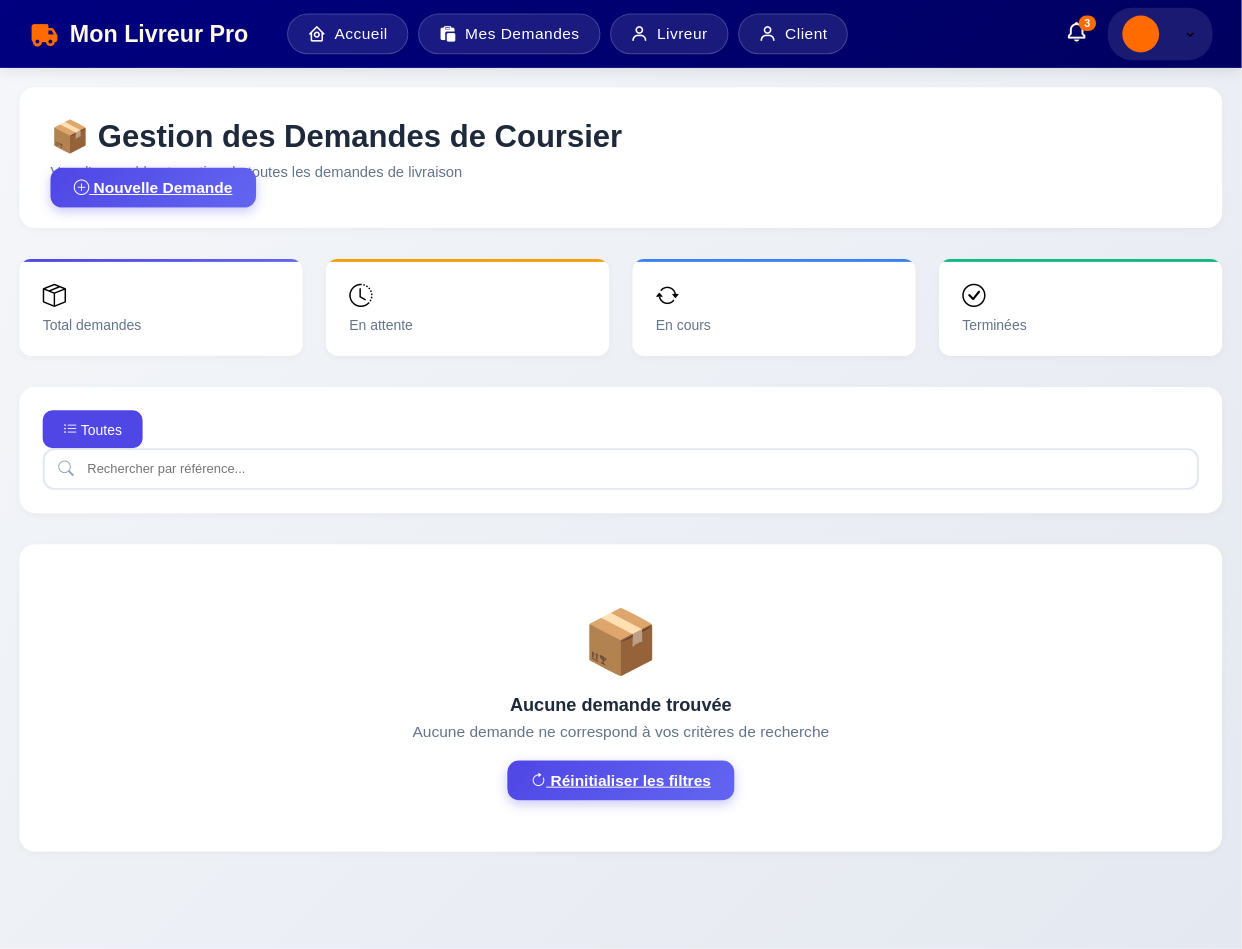
Repository: kaboreibrahim/LivreurPro
Page: Gestionnaire/templates/Gestionnaire/pages/liste_demandes.html
These files come from the project's save history. The page is drawn as it stood at one moment and after the next save; the edit follows.
The browser window is 1280 px wide. The pictures show the whole page, at 97% of full size.
The template is drawn by Django 5.2. The application's start-up code is not run. Other server files are loaded and not shown. The template is opened directly, without the code that normally fills it, so the values that code supplies are empty.

Above is the page before, as saved 2025-12-01 00:01:25.

### Gestionnaire/templates/Gestionnaire/pages/liste_demandes.html
{% extends 'base_gestionnaire.html' %}
{% load static %}

{% block title %}Liste des Demandes de Coursier{% endblock %}

{% block extra_css %}
<link rel="stylesheet" href="https://cdn.jsdelivr.net/npm/bootstrap-icons@1.11.0/font/bootstrap-icons.css">

<style>
    :root {
        --primary-color: #4f46e5;
        --secondary-color: #6366f1;
        --success-color: #10b981;
        --warning-color: #f59e0b;
        --danger-color: #ef4444;
        --info-color: #3b82f6;
    }

    body {
        background: linear-gradient(135deg, #f5f7fa 0%, #e4e8f0 100%);
        min-height: 100vh;
        font-family: 'Inter', -apple-system, BlinkMacSystemFont, 'Segoe UI', sans-serif;
    }

    .page-header {
        background: white;
        border-radius: 16px;
        padding: 2rem;
        margin-bottom: 2rem;
        box-shadow: 0 2px 8px rgba(0,0,0,0.04);
    }

    .page-title {
        font-size: 2rem;
        font-weight: 700;
        color: #1e293b;
        margin: 0;
    }

    .page-subtitle {
        color: #64748b;
        margin-top: 0.5rem;
        font-size: 0.95rem;
    }

    .btn-primary-custom {
        background: linear-gradient(135deg, var(--primary-color) 0%, var(--secondary-color) 100%);
        border: none;
        padding: 0.75rem 1.5rem;
        border-radius: 12px;
        font-weight: 600;
        color: white;
        transition: all 0.3s ease;
        box-shadow: 0 4px 12px rgba(79, 70, 229, 0.3);
    }

    .btn-primary-custom:hover {
        transform: translateY(-2px);
        box-shadow: 0 6px 20px rgba(79, 70, 229, 0.4);
        color: white;
    }

    /* Stats cards */
    .stats-cards {
        display: grid;
        grid-template-columns: repeat(auto-fit, minmax(220px, 1fr));
        gap: 1.5rem;
        margin-bottom: 2rem;
    }

    .stat-card {
        background: white;
        padding: 1.5rem;
        border-radius: 12px;
        box-shadow: 0 2px 8px rgba(0,0,0,0.04);
        transition: all 0.3s ease;
        position: relative;
        overflow: hidden;
    }

    .stat-card::before {
        content: '';
        position: absolute;
        top: 0;
        left: 0;
        right: 0;
        height: 3px;
    }

    .stat-card.primary::before {
        background: linear-gradient(90deg, var(--primary-color), var(--secondary-color));
    }

    .stat-card.warning::before {
        background: var(--warning-color);
    }

    .stat-card.info::before {
        background: var(--info-color);
    }

    .stat-card.success::before {
        background: var(--success-color);
    }

    .stat-card:hover {
        transform: translateY(-5px);
        box-shadow: 0 8px 20px rgba(0,0,0,0.1);
    }

    .stat-icon {
        font-size: 1.5rem;
        margin-bottom: 0.5rem;
    }

    .stat-value {
        font-size: 2rem;
        font-weight: 800;
        color: #1e293b;
        margin: 0.5rem 0;
    }

    .stat-label {
        color: #64748b;
        font-size: 0.9rem;
        font-weight: 500;
    }

    /* Filtres */
    .filters-section {
        background: white;
        border-radius: 16px;
        padding: 1.5rem;
        margin-bottom: 2rem;
        box-shadow: 0 2px 8px rgba(0,0,0,0.04);
    }

    .filter-group {
        margin-bottom: 0;
        display: flex;
        flex-wrap: wrap;
        gap: 0.5rem;
    }

    .filter-btn {
        padding: 0.6rem 1.2rem;
        border-radius: 10px;
        border: 2px solid #e2e8f0;
        background: white;
        color: #64748b;
        font-weight: 500;
        transition: all 0.2s ease;
        cursor: pointer;
        font-size: 0.9rem;
    }

    .filter-btn:hover {
        border-color: var(--primary-color);
        color: var(--primary-color);
        background: rgba(79, 70, 229, 0.05);
    }

    .filter-btn.active {
        background: var(--primary-color);
        border-color: var(--primary-color);
        color: white;
    }

    .search-box {
        position: relative;
    }

    .search-box input {
        padding: 0.75rem 1rem 0.75rem 2.75rem;
        border-radius: 12px;
        border: 2px solid #e2e8f0;
        transition: all 0.2s ease;
        width: 100%;
    }

    .search-box input:focus {
        border-color: var(--primary-color);
        box-shadow: 0 0 0 3px rgba(79, 70, 229, 0.1);
        outline: none;
    }

    .search-box i {
        position: absolute;
        left: 1rem;
        top: 50%;
        transform: translateY(-50%);
        color: #94a3b8;
    }

    /* Cartes de demandes */
    .demande-card {
        background: white;
        border-radius: 16px;
        padding: 1.5rem;
        transition: all 0.3s ease;
        border: 2px solid transparent;
        cursor: pointer;
        height: 100%;
        position: relative;
        overflow: hidden;
        box-shadow: 0 2px 8px rgba(0,0,0,0.04);
    }

    .demande-card::before {
        content: '';
        position: absolute;
        top: 0;
        left: 0;
        right: 0;
        height: 4px;
        background: linear-gradient(90deg, var(--primary-color), var(--secondary-color));
        transform: scaleX(0);
        transition: transform 0.3s ease;
    }

    .demande-card:hover {
        transform: translateY(-8px);
        box-shadow: 0 12px 28px rgba(0,0,0,0.12);
        border-color: var(--primary-color);
    }

    .demande-card:hover::before {
        transform: scaleX(1);
    }

    .card-header-section {
        display: flex;
        justify-content: space-between;
        align-items: start;
        margin-bottom: 1.5rem;
    }

    .demande-ref {
        font-size: 1.1rem;
        font-weight: 700;
        color: #1e293b;
        margin: 0;
    }

    .status-badge {
        padding: 0.5rem 1rem;
        border-radius: 20px;
        font-weight: 600;
        font-size: 0.75rem;
        text-transform: uppercase;
        letter-spacing: 0.5px;
        display: inline-flex;
        align-items: center;
        gap: 0.5rem;
    }

    .status-EN_ATTENTE {
        background: #fef3c7;
        color: #92400e;
    }

    .status-VALIDATION_CLIENT {
        background: #dbeafe;
        color: #1e40af;
    }

    .status-VALIDATION_LIVREUR {
        background: #e0e7ff;
        color: #4338ca;
    }

    .status-LIVREUR_ROUTE {
        background: #fed7aa;
        color: #9a3412;
    }

    .status-RECEPTION_COLIS {
        background: #e9d5ff;
        color: #6b21a8;
    }

    .status-LIVRAISON_EN_ROUTE {
        background: #fce7f3;
        color: #9f1239;
    }

    .status-TERMINEE {
        background: #d1fae5;
        color: #065f46;
    }

    .status-ANNULEE {
        background: #fee2e2;
        color: #991b1b;
    }

    .location-section {
        background: #f8fafc;
        border-radius: 12px;
        padding: 1rem;
        margin-bottom: 1rem;
    }

    .location-item {
        display: flex;
        align-items: start;
        gap: 0.75rem;
        margin-bottom: 0.75rem;
    }

    .location-item:last-child {
        margin-bottom: 0;
    }

    .location-icon {
        width: 32px;
        height: 32px;
        border-radius: 8px;
        display: flex;
        align-items: center;
        justify-content: center;
        flex-shrink: 0;
        font-size: 1rem;
    }

    .location-icon.departure {
        background: #dcfce7;
        color: #166534;
    }

    .location-icon.destination {
        background: #fee2e2;
        color: #991b1b;
    }

    .location-text {
        flex: 1;
    }

    .location-label {
        font-size: 0.75rem;
        color: #64748b;
        font-weight: 600;
        text-transform: uppercase;
        letter-spacing: 0.5px;
    }

    .location-address {
        color: #1e293b;
        font-weight: 500;
        margin: 0.25rem 0 0 0;
        font-size: 0.9rem;
    }

    .info-grid {
        display: grid;
        grid-template-columns: repeat(2, 1fr);
        gap: 1rem;
        margin: 1rem 0;
    }

    .info-item {
        background: #f8fafc;
        padding: 0.75rem;
        border-radius: 8px;
    }

    .info-label {
        font-size: 0.75rem;
        color: #64748b;
        font-weight: 600;
        text-transform: uppercase;
        letter-spacing: 0.5px;
        margin-bottom: 0.25rem;
    }

    .info-value {
        color: #1e293b;
        font-weight: 700;
        font-size: 0.95rem;
        margin: 0;
    }

    .card-footer-section {
        display: flex;
        justify-content: space-between;
        align-items: center;
        padding-top: 1rem;
        border-top: 2px solid #f1f5f9;
    }

    .date-info {
        display: flex;
        align-items: center;
        gap: 0.5rem;
        color: #64748b;
        font-size: 0.85rem;
    }

    .view-details {
        color: var(--primary-color);
        font-weight: 600;
        font-size: 0.85rem;
        display: flex;
        align-items: center;
        gap: 0.25rem;
    }

    /* Empty state */
    .empty-state {
        background: white;
        border-radius: 16px;
        padding: 4rem 2rem;
        text-align: center;
        box-shadow: 0 2px 8px rgba(0,0,0,0.04);
    }

    .empty-state-icon {
        font-size: 4rem;
        margin-bottom: 1rem;
    }

    .empty-state h3 {
        color: #1e293b;
        font-weight: 700;
        margin-bottom: 0.5rem;
    }

    .empty-state p {
        color: #64748b;
        margin-bottom: 2rem;
    }

    /* Pagination */
    .pagination-custom {
        margin-top: 2rem;
    }

    .pagination-custom .page-link {
        border: 2px solid #e2e8f0;
        border-radius: 10px;
        margin: 0 0.25rem;
        color: #64748b;
        font-weight: 600;
        padding: 0.6rem 1rem;
        transition: all 0.2s ease;
    }

    .pagination-custom .page-item.active .page-link {
        background: var(--primary-color);
        border-color: var(--primary-color);
        color: white;
    }

    .pagination-custom .page-link:hover {
        background: rgba(79, 70, 229, 0.05);
        border-color: var(--primary-color);
        color: var(--primary-color);
    }

    /* Responsive */
    @media (max-width: 768px) {
        .page-header {
            padding: 1rem;
        }

        .page-title {
            font-size: 1.5rem;
        }

        .stats-cards {
            display: flex;
            overflow-x: auto;
            gap: 0.75rem;
            scroll-snap-type: x mandatory;
            -webkit-overflow-scrolling: touch;
        }

        .stats-cards::-webkit-scrollbar {
            display: none;
        }

        .stat-card {
            min-width: 140px;
            scroll-snap-align: start;
        }

        .filter-group {
            overflow-x: auto;
            flex-wrap: nowrap;
            -webkit-overflow-scrolling: touch;
        }

        .filter-group::-webkit-scrollbar {
            display: none;
        }

        .filter-btn {
            white-space: nowrap;
            flex-shrink: 0;
        }
    }
</style>
{% endblock %}

{% block content %}
<div class="container-fluid px-4">
    <!-- En-tête -->
    <div class="page-header">
        <div class="d-flex justify-content-between align-items-center flex-wrap gap-3">
            <div>
                <h1 class="page-title">📦 Gestion des Demandes de Coursier</h1>
                <p class="page-subtitle">Vue d'ensemble et gestion de toutes les demandes de livraison</p>
            </div>
            <a href="#" class="btn btn-primary-custom">
                <i class="bi bi-plus-circle me-2"></i>
                Nouvelle Demande
            </a>
        </div>
    </div>

    <!-- Statistiques -->
    <div class="stats-cards">
        <div class="stat-card primary">
            <i class="bi bi-box-seam text-primary stat-icon"></i>
            <div class="stat-value">{{ total_demandes }}</div>
            <div class="stat-label">Total demandes</div>
        </div>
        <div class="stat-card warning">
            <i class="bi bi-clock-history text-warning stat-icon"></i>
            <div class="stat-value">{{ demandes_en_attente }}</div>
            <div class="stat-label">En attente</div>
        </div>
        <div class="stat-card info">
            <i class="bi bi-arrow-repeat text-info stat-icon"></i>
            <div class="stat-value">{{ demandes_en_cours }}</div>
            <div class="stat-label">En cours</div>
        </div>
        <div class="stat-card success">
            <i class="bi bi-check-circle text-success stat-icon"></i>
            <div class="stat-value">{{ demandes_terminees }}</div>
            <div class="stat-label">Terminées</div>
        </div>
    </div>

    <!-- Filtres et recherche -->
    <div class="filters-section">
        <form method="get" id="filterForm">
            <div class="row g-3 align-items-center">
                <div class="col-md-8">
                    <div class="filter-group">
                        <button type="button" class="filter-btn {% if not selected_statut %}active{% endif %}" data-filter="">
                            <i class="bi bi-list-ul me-1"></i> Toutes
                        </button>
                        {% for statut in statut_choices %}
                        <button type="button" class="filter-btn {% if selected_statut == statut.0 %}active{% endif %}" data-filter="{{ statut.0 }}">
                            <i class="bi bi-circle-fill me-1" style="font-size: 0.5rem;"></i> {{ statut.1 }}
                        </button>
                        {% endfor %}
                    </div>
                </div>
                <div class="col-md-4">
                    <div class="search-box">
                        <i class="bi bi-search"></i>
                        <input type="text" name="q" class="form-control" id="searchInput"
                               placeholder="Rechercher par référence..."
                               value="{{ search_query }}">
                    </div>
                </div>
            </div>
            <input type="hidden" name="statut" id="statutInput" value="{{ selected_statut }}">
            <input type="hidden" name="type_course" value="{{ selected_type }}">
        </form>
    </div>

    <!-- Liste des demandes -->
    {% if demandes %}
    <div class="row" id="demandesContainer">
        {% for demande in demandes %}
        <div class="col-md-6 col-lg-4 mb-4 demande-item">
            <div class="demande-card" onclick="window.location.href='{% url 'Gestionnaire:detail_demande' demande.pk %}'">
                <div class="card-header-section">
                    <h3 class="demande-ref">{{ demande.ref }}</h3>
                    <span class="status-badge status-{{ demande.statut }}">
                        <i class="bi bi-circle-fill" style="font-size: 0.5rem;"></i>
                        {{ demande.get_statut_display }}
                    </span>
                </div>

                <div class="location-section">
                    <div class="location-item">
                        <div class="location-icon departure">
                            <i class="bi bi-geo-alt-fill"></i>
                        </div>
                        <div class="location-text">
                            <div class="location-label">Départ</div>
                            <p class="location-address">{{ demande.adresse_depart|truncatewords:5 }}</p>
                        </div>
                    </div>

                    <div class="location-item">
                        <div class="location-icon destination">
                            <i class="bi bi-geo-fill"></i>
                        </div>
                        <div class="location-text">
                            <div class="location-label">Destination</div>
                            <p class="location-address">{{ demande.adresse_destination|truncatewords:5 }}</p>
                        </div>
                    </div>
                </div>

                <div class="info-grid">
                    <div class="info-item">
                        <div class="info-label">Type</div>
                        <p class="info-value">{{ demande.get_type_course_display }}</p>
                    </div>
                    <div class="info-item">
                        <div class="info-label">Client</div>
                        <p class="info-value">{{ demande.client.get_full_name|default:demande.client.username|truncatewords:2 }}</p>
                    </div>
                </div>

                <div class="card-footer-section">
                    <div class="date-info">
                        <i class="bi bi-calendar-check"></i>
                        {{ demande.date_demande|date:"d/m/Y à H:i" }}
                    </div>
                    <div class="view-details">
                        Détails
                        <i class="bi bi-arrow-right"></i>
                    </div>
                </div>
            </div>
        </div>
        {% endfor %}
    </div>

    <!-- Pagination -->
    {% if is_paginated %}
    <nav aria-label="Page navigation" class="pagination-custom">
        <ul class="pagination justify-content-center">
            {% if page_obj.has_previous %}
                <li class="page-item">
                    <a class="page-link" href="?page=1{% if search_query %}&q={{ search_query }}{% endif %}{% if selected_statut %}&statut={{ selected_statut }}{% endif %}{% if selected_type %}&type_course={{ selected_type }}{% endif %}">
                        <i class="bi bi-chevron-double-left"></i>
                    </a>
                </li>
                <li class="page-item">
                    <a class="page-link" href="?page={{ page_obj.previous_page_number }}{% if search_query %}&q={{ search_query }}{% endif %}{% if selected_statut %}&statut={{ selected_statut }}{% endif %}{% if selected_type %}&type_course={{ selected_type }}{% endif %}">
                        <i class="bi bi-chevron-left"></i>
                    </a>
                </li>
            {% endif %}

            {% for num in page_obj.paginator.page_range %}
                {% if page_obj.number == num %}
                    <li class="page-item active">
                        <span class="page-link">{{ num }}</span>
                    </li>
                {% elif num > page_obj.number|add:'-3' and num < page_obj.number|add:'3' %}
                    <li class="page-item">
                        <a class="page-link" href="?page={{ num }}{% if search_query %}&q={{ search_query }}{% endif %}{% if selected_statut %}&statut={{ selected_statut }}{% endif %}{% if selected_type %}&type_course={{ selected_type }}{% endif %}">{{ num }}</a>
                    </li>
                {% endif %}
            {% endfor %}

            {% if page_obj.has_next %}
                <li class="page-item">
                    <a class="page-link" href="?page={{ page_obj.next_page_number }}{% if search_query %}&q={{ search_query }}{% endif %}{% if selected_statut %}&statut={{ selected_statut }}{% endif %}{% if selected_type %}&type_course={{ selected_type }}{% endif %}">
                        <i class="bi bi-chevron-right"></i>
                    </a>
                </li>
                <li class="page-item">
                    <a class="page-link" href="?page={{ page_obj.paginator.num_pages }}{% if search_query %}&q={{ search_query }}{% endif %}{% if selected_statut %}&statut={{ selected_statut }}{% endif %}{% if selected_type %}&type_course={{ selected_type }}{% endif %}">
                        <i class="bi bi-chevron-double-right"></i>
                    </a>
                </li>
            {% endif %}
        </ul>
    </nav>
    {% endif %}

    {% else %}
    <!-- État vide -->
    <div class="empty-state">
        <div class="empty-state-icon">📦</div>
        <h3>Aucune demande trouvée</h3>
        <p>Aucune demande ne correspond à vos critères de recherche</p>
        <a href="{% url 'Gestionnaire:liste_demandes' %}" class="btn btn-primary-custom">
            <i class="bi bi-arrow-clockwise me-2"></i>
            Réinitialiser les filtres
        </a>
    </div>
    {% endif %}
</div>
{% endblock %}

{% block extra_js %}
<script>
    // Filtrage par statut
    const filterBtns = document.querySelectorAll('.filter-btn');
    const statutInput = document.getElementById('statutInput');
    const filterForm = document.getElementById('filterForm');

    filterBtns.forEach(btn => {
        btn.addEventListener('click', function() {
            // Mise à jour des boutons actifs
            filterBtns.forEach(b => b.classList.remove('active'));
            this.classList.add('active');

            // Mise à jour du champ caché et soumission
            statutInput.value = this.dataset.filter;
            filterForm.submit();
        });
    });

    // Recherche avec délai
    let searchTimeout;
    const searchInput = document.getElementById('searchInput');

    if (searchInput) {
        searchInput.addEventListener('input', function() {
            clearTimeout(searchTimeout);
            searchTimeout = setTimeout(() => {
                filterForm.submit();
            }, 500);
        });
    }

    // Animation au chargement
    document.addEventListener('DOMContentLoaded', function() {
        const cards = document.querySelectorAll('.demande-card, .stat-card');
        cards.forEach((card, index) => {
            setTimeout(() => {
                card.style.opacity = '0';
                card.style.transform = 'translateY(20px)';
                card.style.transition = 'all 0.4s ease';

                setTimeout(() => {
                    card.style.opacity = '1';
                    card.style.transform = 'translateY(0)';
                }, 50);
            }, index * 50);
        });
    });
</script>
{% endblock %}

Loaded but not shown: static/js/notifications.js (31 lines, source omitted); Gestionnaire/templates/base_gestionnaire.html (796 lines, source omitted); templates/layouts/_message.html (41 lines, source omitted); static/css/notifications.css (77 lines, source omitted)

After the next save:
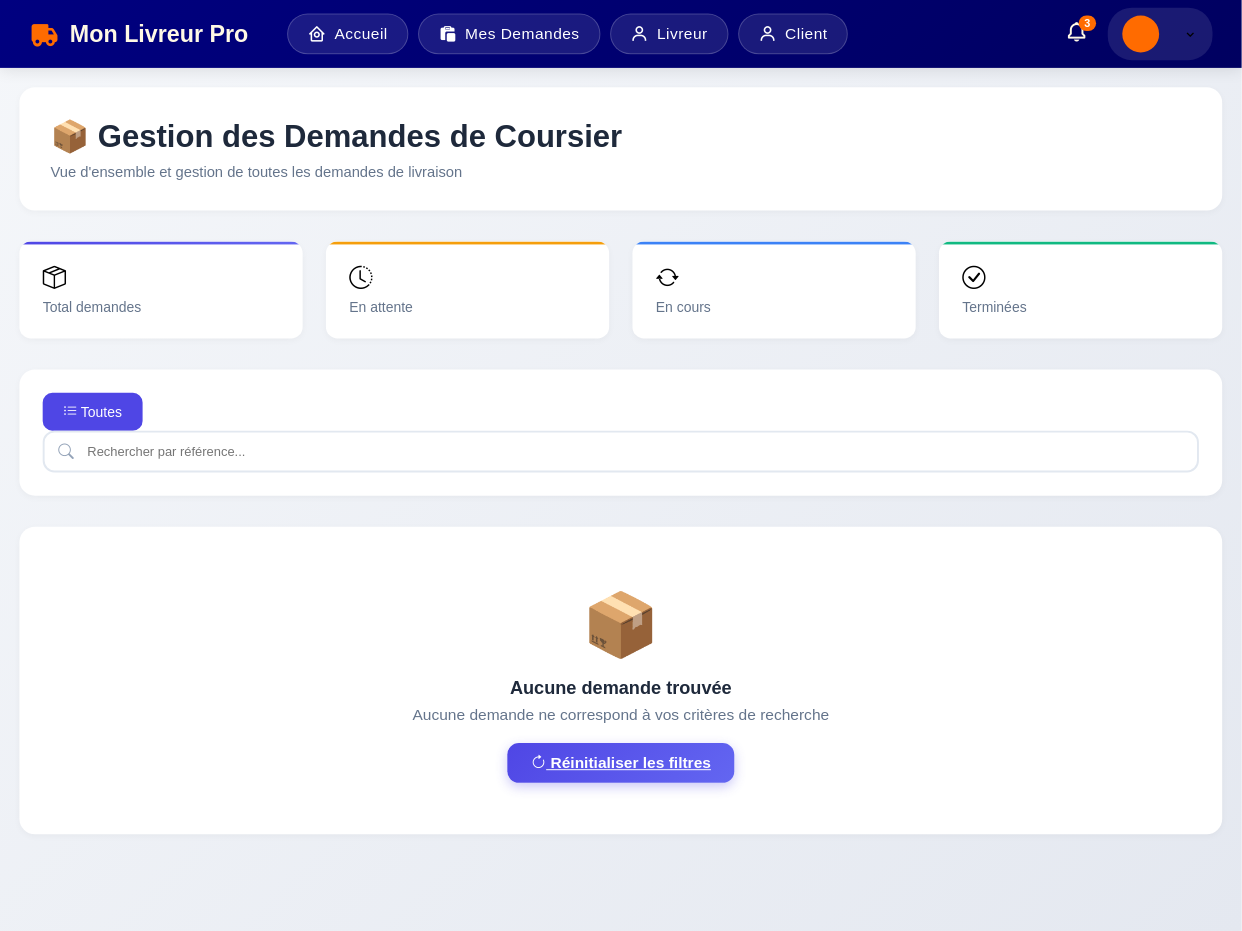
Saved 28 s later.
--- a/Gestionnaire/templates/Gestionnaire/pages/liste_demandes.html
+++ b/Gestionnaire/templates/Gestionnaire/pages/liste_demandes.html
@@ -512,10 +512,7 @@
                 <h1 class="page-title">📦 Gestion des Demandes de Coursier</h1>
                 <p class="page-subtitle">Vue d'ensemble et gestion de toutes les demandes de livraison</p>
             </div>
-            <a href="#" class="btn btn-primary-custom">
-                <i class="bi bi-plus-circle me-2"></i>
-                Nouvelle Demande
-            </a>
+
         </div>
     </div>
 
